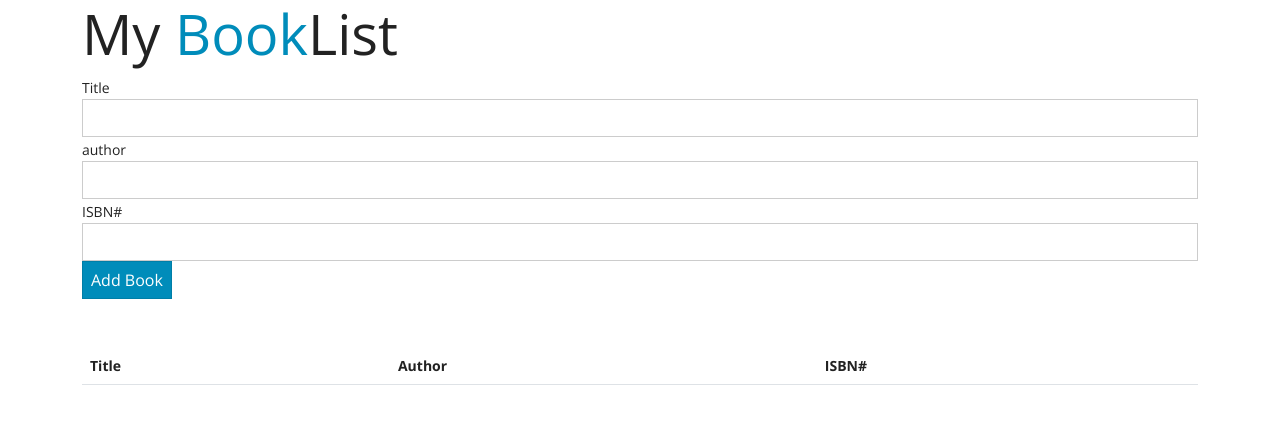
Repository: Fauzaanmhmd/vanillaBookList
Page: index.html
The author's editor kept a copy of each file at every save. The page is drawn from the files as they stood at one save, then again after the next save.
The browser window is 1280 px wide. The pictures show the whole page.

Above is the page before, as saved 2022-02-15 02:48:14.

### index.html
<!DOCTYPE html>
<html lang="en">

<head>
    <meta charset="UTF-8">
    <meta http-equiv="X-UA-Compatible" content="IE=edge">
    <meta name="viewport" content="width=device-width, initial-scale=1.0">
    <link rel="stylesheet" type="text/css" href="bootstrap.min.css">
    <title>My BookList App</title>
</head>

<body>
    <div class="container">
        <h1 class="display-4">My <span class="text-primary">Book</span>List</h1>
        <form action="" id="book-form">
            <div class="form-group">
                <label for="title">Title</label>
                <input type="text" id="title" class="form-control">
            </div>
            <div class="form-group">
                <label for="author">author</label>
                <input type="text" id="title" class="form-control">
            </div>
            <div class="form-group">
                <label for="isbn">ISBN#</label>
                <input type="text" id="title" class="form-control">
            </div>
            <input type="submit" value="Add Book" class="btn btn-primary btn-block">
        </form>
        <table class="table table-striped mt-5">
            <thead>
                <tr>
                    <th>Title</th>
                    <th>Author</th>
                    <th>ISBN#</th>
                </tr>
            </thead>
            <tbody id="book-list"></tbody>
        </table>
    </div>
    <script src="main.js"></script>
</body>

</html>

Loaded but not shown: bootstrap.min.css (library); main.js (no copy from this time; the picture is the same without it)

After the next save:
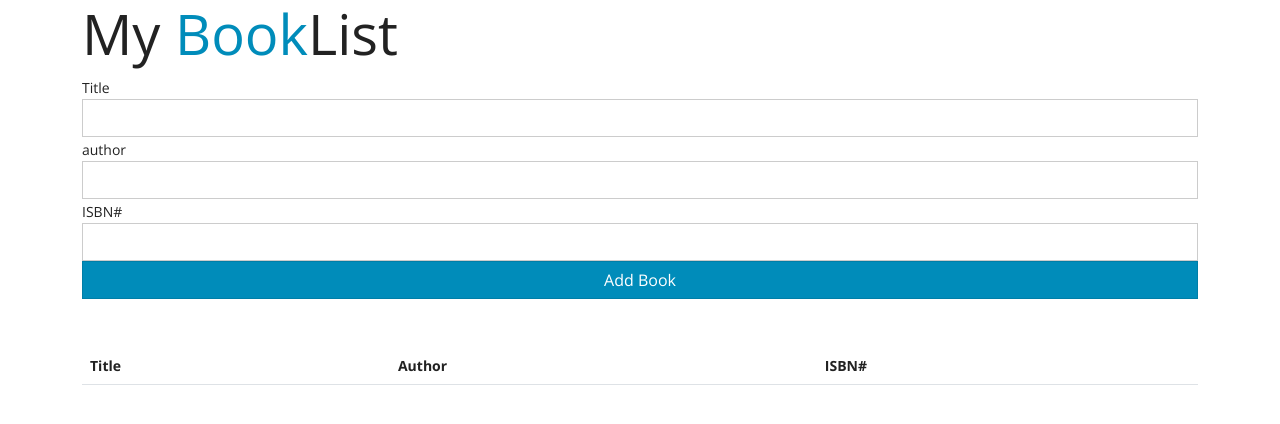
Saved 2 min 19 s later.
--- a/index.html
+++ b/index.html
@@ -25,7 +25,7 @@
                 <label for="isbn">ISBN#</label>
                 <input type="text" id="title" class="form-control">
             </div>
-            <input type="submit" value="Add Book" class="btn btn-primary btn-block">
+            <input type="submit" value="Add Book" class="btn btn-primary col-12">
         </form>
         <table class="table table-striped mt-5">
             <thead>
